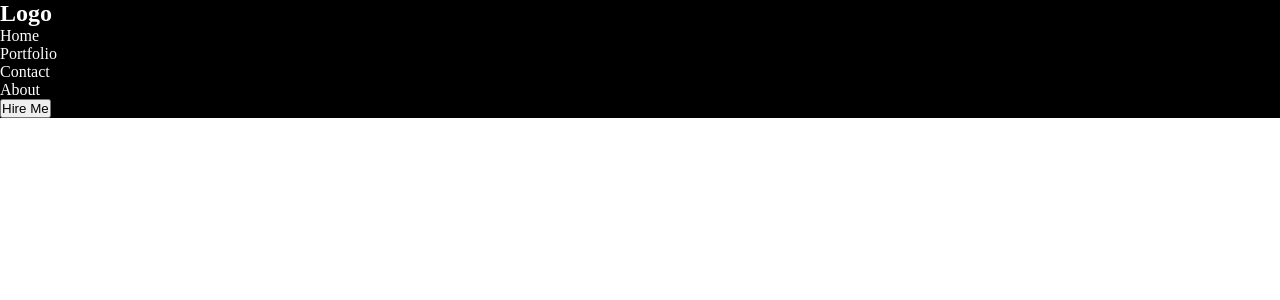
Repository: DevAntonioRogers/vanilla-responsive-navbar
Page: index.html
An editor plug-in stored every save of this project. The page is shown before and after the next save, followed by the edit.
The browser window is 1280 px wide. The pictures show the whole page.

Above is the page before, as saved 2023-06-04 21:01:40.
Console error: TypeError: Cannot read properties of null (reading 'addEventListener')

After the next save:
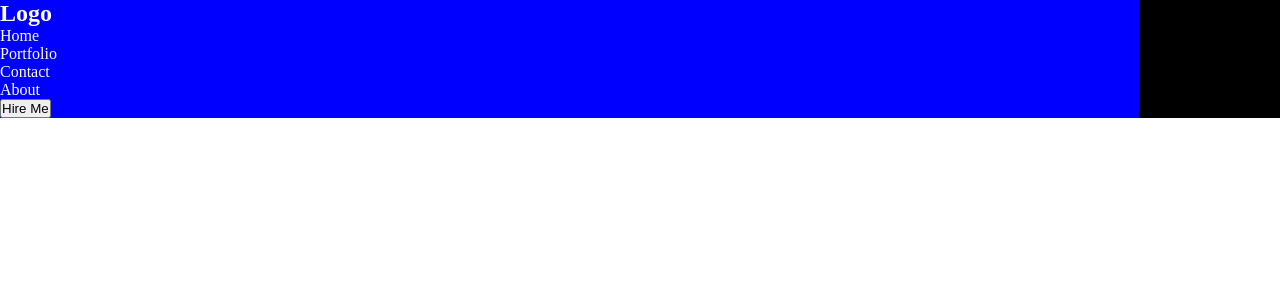
Saved 23 s later.
--- a/style.css
+++ b/style.css
@@ -9,7 +9,7 @@
   color: white;
 }
 
-.navbar-container {
+.nav-container {
   background-color: blue;
   width: 89%;
 }
